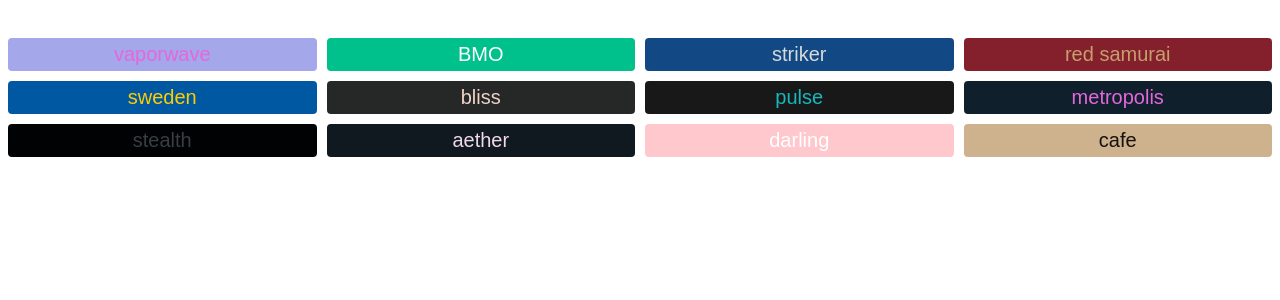
Repository: Lucid-art/Team-8-Project
Page: templates/theme.html
The author's editor kept a copy of each file at every save. The page is drawn from the files as they stood at one save, then again after the next save.
The browser window is 1280 px wide. The pictures show the whole page.

Above is the page before, as saved 2021-06-09 16:13:55.
Console error: TypeError: Cannot read properties of null (reading 'workTime')

### templates/theme.html
<!DOCTYPE html>
<html lang="en">
<head>
    <meta charset="UTF-8">
    <meta http-equiv="X-UA-Compatible" content="IE=edge">
    <meta name="viewport" content="width=device-width, initial-scale=1.0">
    <title>Document</title>
    <link rel= "stylesheet" href = "/static/style.css">
</head>
<body>
<div class="button">
    <div class="theme-buttons">
    <button class="vaporwave" onclick="vaporWave()">vaporwave</button>
    <button class="methol" onclick="methol()">BMO</button>
    <button class="striker" onclick="striker()">striker</button>
    <button class="red-samurai" onclick="redsamurai()">red samurai</button>
    <button class="sweden" onclick="myFunction()">sweden</button>
    <button class="bliss" onclick="myFunction()">bliss</button>
    <button class="pulse" onclick="myFunction()">pulse</button>
    <button class="metropolis" onclick="myFunction()">metropolis</button>
    <button class="stealth" onclick="myFunction()">stealth</button>
    <button class="aether" onclick="myFunction()">aether</button>
    <button class="darling" onclick="myFunction()">darling</button>
    <button class="cafe" onclick="myFunction()">cafe</button>

    </div>
</div>

<script src="/static/script.js"></script>
</body>
</html>

### static/style.css
body {
    --text-color: #000000;
    --bkg-color: #ffffff;
}

#main{
    display: inline;
    text-align: center;
}

hr {
    color: blue;
}

#wrap{
    text-align: center;
}


.body {
    margin: 0px;
    padding: 0px;
  }

.body
  .main-container {
    display: grid;
    place-content: center;
    margin: auto;
    width: 100%;
    max-width: 70%;
    height: 300px;
    background: var(--bkg-color);
    margin-top: 10px;
    border-radius: 5px;
    box-shadow: rgba(50, 50, 93, 0.25) 0px 6px 12px -2px, rgba(0, 0, 0, 0.3) 0px 3px 7px -3px;
  }
  .my-btns a{
      border: 1px solid whitesmoke;
      border-radius: 5px;
      text-decoration: none;
      color: whitesmoke;
      display: grid;
      place-content: center;
      width: 150px;
      background-color: transparent
  }
  .my-btns a:hover{
      background-color:whitesmoke;
      color: rgb(128, 128, 128);
  }

  .progBar{
      height: 20px;
      width: 95%;
  }

  input{
      border:none;
      box-shadow: rgba(60, 64, 67, 0.3) 0px 1px 2px 0px, rgba(60, 64, 67, 0.15) 0px 1px 3px 1px;
      border-radius: 3px;
      font-size: 0.9rem;
      outline: none;

  }

  .workDur{
      width: 140px;
  }
  .breakDur{
      width: 140px;
  }
  .taskDesc{
      width: 590px;
  }

  .item{
      height: 90px;
      width: 100%;
      max-width: 70%;
      box-shadow: rgba(60, 64, 67, 0.3) 0px 1px 2px 0px, rgba(60, 64, 67, 0.15) 0px 1px 3px 1px;
      border-radius: 5px;
      margin: auto;
      border-left: 6px solid #D9534F;

  }

/* New code*/

.button {
    border: none;
}

body {
    background: #ffffff;
    padding-bottom: 30px;
    padding-top: 30px;
}



.vaporwave {
    background-color: #a4a7ea; /*lavander */
    color:#e368da;    border-radius: 0.25rem;
    font-size: 20px;
    padding: 5px 60px;
    border: none;
    transition:  .3s ease;
    outline: none;
}

.vaporwave:hover{
    transform: scale(1.2);
    -webkit-transform: scale(1.2);
    -ms-transform: scale(1.2);
}

.vaporwave-mode {
    background-color: #a4a7ea; /*lavander */
    color:#e368da;
}

.methol {
    background-color: #00c18c;
    color:#ffffff;    border-radius: 0.25rem;
    font-size: 20px;
    padding: 5px 60px;
    border: none;
    transition:  .3s ease
}

.methol:hover{
    transform: scale(1.2);
    -webkit-transform: scale(1.2);
    -ms-transform: scale(1.2);
}

.striker {
    background-color: #124883; /*lavander */
    color:#d6dbd9;    border-radius: 0.25rem;
    font-size: 20px;
    padding: 5px 60px;
    border: none;
    transition:  .3s ease
}

.striker:hover{
    transform: scale(1.2);
    -webkit-transform: scale(1.2);
    -ms-transform: scale(1.2);
}

.red-samurai {
    background-color: #84202c; /*lavander */
    color: #c79e6e;    border-radius: 0.25rem;
    font-size: 20px;
    padding: 5px 60px;
    border: none;
    transition:  .3s ease
}

.red-samurai:hover{
    transform: scale(1.2);
    -webkit-transform: scale(1.2);
    -ms-transform: scale(1.2);
}

.sweden {
    background-color: #0058a3;; /*lavander */
    color: #ffcc02;   border-radius: 0.25rem;
    font-size: 20px;
    padding: 5px 60px;
    border: none;
    transition:  .3s ease
}

.sweden:hover{
    transform: scale(1.2);
    -webkit-transform: scale(1.2);
    -ms-transform: scale(1.2);
}

.bliss {
    background-color: #262727; /*lavander */
    color: #f0d3c9;    border-radius: 0.25rem;
    font-size: 20px;
    padding: 5px 60px;
    border: none;
    transition:  .3s ease
}

.bliss:hover{
    transform: scale(1.2);
    -webkit-transform: scale(1.2);
    -ms-transform: scale(1.2);
}

.pulse {
    background-color: #181818;
    color: #17b8bd;    border-radius: 0.25rem;
    font-size: 20px;
    padding: 5px 60px;
    border: none;
    transition:  .3s ease
}

.pulse:hover{
    transform: scale(1.2);
    -webkit-transform: scale(1.2);
    -ms-transform: scale(1.2);
}

.metropolis {
    background-color: #0f1f2c;
    color: #e368da;    border-radius: 0.25rem;
    font-size: 20px;
    padding: 5px 60px;
    border: none;
    transition:  .3s ease
}

.metropolis:hover{
    transform: scale(1.2);
    -webkit-transform: scale(1.2);
    -ms-transform: scale(1.2);
}

.stealth {
    background-color: #010203; /*lavander */
    color:#383e42;    border-radius: 0.25rem;
    font-size: 20px;
    padding: 5px 60px;
    border: none;
    transition:  .3s ease
}

.stealth:hover{
    transform: scale(1.2);
    -webkit-transform: scale(1.2);
    -ms-transform: scale(1.2);
}

.aether {
    background-color: #101820; /*lavander */
    color:#eedaea;    border-radius: 0.25rem;
    font-size: 20px;
    padding: 5px 60px;
    border: none;
    transition:  .3s ease
}

.aether:hover{
    transform: scale(1.2);
    -webkit-transform: scale(1.2);
    -ms-transform: scale(1.2);
}

.darling {
    background-color: #fec8cd; /*lavander */
    color: #ffffff;    border-radius: 0.25rem;
    font-size: 20px;
    padding: 5px 60px;
    border: none;
    transition:  .3s ease
}

.darling:hover{
    transform: scale(1.2);
    -webkit-transform: scale(1.2);
    -ms-transform: scale(1.2);
}

.cafe {
    background-color: #ceb18d; /*lavander */
    color:#14120f;    border-radius: 0.25rem;
    font-size: 20px;
    padding: 5px 60px;
    border: none;
    transition:  .3s ease
}

.cafe:hover{
    transform: scale(1.2);
    -webkit-transform: scale(1.2);
    -ms-transform: scale(1.2);
}


*{
    box-sizing:border-box;
}

.theme-buttons {
    /*all the grid stuff*/
    display: grid;
    grid-template-columns: 1fr 1fr 1fr 1fr;
    grid-gap: 10px;
    /*transmation */
    transition:  .3s ease
}

### static/script.js
const descForm = document.querySelector('.desc-form')
const myBtns = document.querySelector('.my-btns');
const errorMessage = document.querySelector('.error')
const remTime = document.querySelector('.remTime');
const notice = document.querySelector('.noticeBoard')

const completed = document.querySelector('.completed-list')

let workDuration = descForm.workTime.value;
let breakDuration = descForm.breakTime.value;
let shortDesc = descForm.shortDesc.value;
let timeRatio_of_progress = ((workDuration * 60)/100) * 1000;

descForm.workTime.addEventListener('keyup',e=>{
    errorMessage.classList.add('d-none')
    workDuration = e.target.value;
    workMinutes = workDuration - 1;
    timeRatio_of_progress = ((workDuration * 60)/100) * 1000;

})
descForm.breakTime.addEventListener('keyup',e=>{
    errorMessage.classList.add('d-none')
    breakDuration = e.target.value;
    breakMinutes = breakDuration - 1;

})
descForm.shortDesc.addEventListener('keyup',e=>{
    errorMessage.classList.add('d-none')
    shortDesc = e.target.value;
})



//Variables
let workMinutes  = workDuration -1;
let breakMinutes = breakDuration -1;
let timer1 = undefined
let timer2 = undefined
let breakcount = 0;
let seconds = 60;
let currentTime = undefined;
let EndTime = undefined;
let width = 0;




myBtns.addEventListener('click',(e)=>{
    if(e.target.classList.contains('start')){
        if(workDuration !== '0' && workDuration !==''){
            if(breakDuration !== '0' && breakDuration !== ''){
                if(shortDesc !== ''){
                    myIntervals();
                    disabling();
                    console.log(1)
                    myBtns.children[1].classList.remove('d-none')
                    myBtns.children[2].classList.add('d-none')
                    const checkCurrtime = new Date();
                    currentTime = checkCurrtime.toLocaleTimeString();
                }
                else{
                errorMessage.classList.remove('d-none')
                }
            }
            else{
            errorMessage.classList.remove('d-none')
            }
        }
        else{
            errorMessage.classList.remove('d-none')
        }

        }
    else if(e.target.classList.contains('pause')){
        clearInterval(timer1);
        clearInterval(timer2)
        myBtns.children[1].classList.add('d-none')
        myBtns.children[0].classList.remove('d-none')
    }
    else if(e.target.classList.contains('resume')){
        myIntervals();
        myBtns.children[0].classList.add('d-none')
        myBtns.children[1].classList.remove('d-none')
    }
    else if(e.target.classList.contains('stop')){
        myBtns.children[0].classList.add('d-none')
        myBtns.children[1].classList.add('d-none')
        myBtns.children[2].classList.remove('d-none')

        const checkEndtime = new Date();
        EndTime = checkEndtime.toLocaleTimeString();

        let html = `
        <div class="item my-4">
            <h5 class="px-4 mb-2 pt-3" style="color: green;">${shortDesc}</h5>
            <p class="px-4 fw-normal">${sessionTime()}</p>
        </div>     `
        completed.innerHTML += html
        clearAll();
    }

})




//fucntion, which is for showing the remaining time to user
let timeReamaining = () =>{
    seconds = seconds - 1;
    if(seconds === 0){
        workMinutes = workMinutes - 1;
        if(workMinutes === -1){
            if(breakcount % 2 === 0){
                workMinutes = breakMinutes;
                breakcount = breakcount + 1;
                notice.innerText = `(Break Time)`

            }else{
                width = 1;
                workMinutes = workDuration - 1;
                breakcount = breakcount + 1;
                notice.innerText = ' ';

        }
    }
        seconds = 59;
    }
//Here we are rendring the change in time on the timer screen
let html = `${workMinutes<10? `0${workMinutes}`:workMinutes}:${seconds<10? `0${seconds}`:seconds}`
remTime.innerText = html;
}


const progressBar1 = document.querySelector('.p1')
const progressBar2 = document.querySelector('.p2')
let increaseProgress = () =>{
    if(width === 100){
        progressBar1.style.width = 1 + '%'
        progressBar2.style.width = 1 + '%'
    }else{
        width ++;
        progressBar1.style.width = width + '%';
        progressBar2.style.width = width + '%';

    }

}

//fucntion to start time intervals
let myIntervals = () =>{
    timer1 = setInterval(timeReamaining,1000);
    timer2 = setInterval(increaseProgress,timeRatio_of_progress)
}

let disabling = () =>{
   descForm.workTime.disabled = true
   descForm.breakTime.disabled = true
   descForm.shortDesc.disabled = true
}
let enabling = () =>{
    descForm.workTime.disabled = false;
    descForm.breakTime.disabled = false;
    descForm.shortDesc.disabled = false;
    descForm.reset();
}

//function to reset all values
let clearAll = () =>{
    enabling();
    clearInterval(timer1)
    clearInterval(timer2)
    workMinutes = workDuration - 1;
    seconds = 60;
    breakMinutes = breakDuration - 1;
    shortDesc = ''
    progressBar1.style.width = 1 + '%'
    progressBar2.style.width = 1 + '%'
    remTime.textContent = `00:00`
    notice.textContent = '';
    width = 1

}

//fuction to show the starting and ending time
let sessionTime = () =>{
    return `Session was started at ${currentTime} and ended at ${EndTime}`
}

//theme page code

const stealth = document.querySelector("#stealth");
const striker = document.querySelector("#striker");
const redsamurai =  document.querySelector("#red-samurai");
const bmo =  document.querySelector("#bmo");


//where the code is saved to localstorage

const currentTheme = localStorage.getItem("theme");
if (currentTheme == "stealth") {
  document.body.classList.add("stealth-theme");
}else if (currentTheme == "striker") {
  document.body.classList.add("striker-theme");
}else if (currentTheme == "redsamurai") {
  document.body.classList.add("red-samurai-theme");
}else if (currentTheme == "bmo") {
  document.body.classList.add("bmo-theme");
}

stealth.addEventListener("click", function () {
  document.body.classList.toggle("stealth-theme"); //where the css id should go

  let theme = "light";
  if (document.body.classList.contains("stealth-theme")) {
    theme = "stealth";
  }
  localStorage.setItem("theme", theme);
});

//striker

striker.addEventListener("click", function () {
  document.body.classList.toggle("striker-theme");

  let theme = "light";
  if (document.body.classList.contains("striker-theme")) {
    theme = "striker";
  }
  localStorage.setItem("theme", theme);// this is pretty esentail <-- dislexia
});


//redsamurai

redsamurai.addEventListener("click", function () {
  document.body.classList.toggle("red-samurai-theme");

  let theme = "light";
  if (document.body.classList.contains("red-samurai-theme")) {
    theme = "redsamurai";
  }
  localStorage.setItem("theme", theme);
});

//BMO theme
bmo.addEventListener("click", function () {
  document.body.classList.toggle("bmo-theme");

  let theme = "light";
  if (document.body.classList.contains("bmo-theme")) {
    theme = "bmo";
  }
  localStorage.setItem("theme", theme);
});

After the next save:
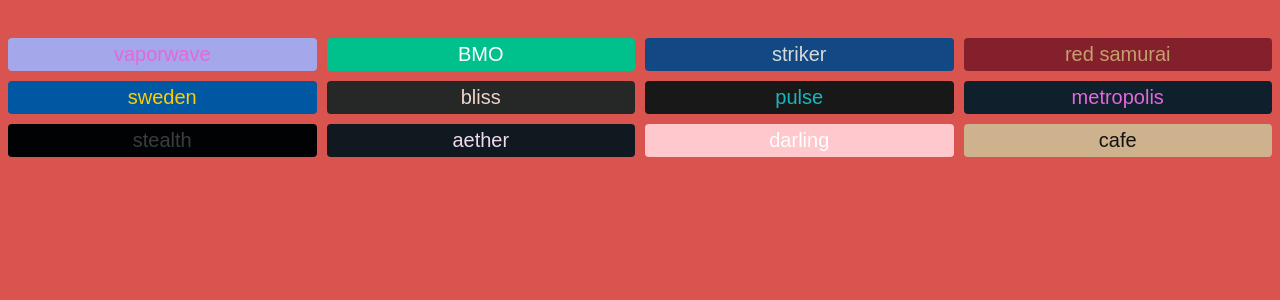
Saved 7 s later.
--- a/static/style.css
+++ b/static/style.css
@@ -92,7 +92,7 @@
 }
 
 body {
-    background: #ffffff;
+    background: #D9534F;
     padding-bottom: 30px;
     padding-top: 30px;
 }

After the 4 saves that followed:
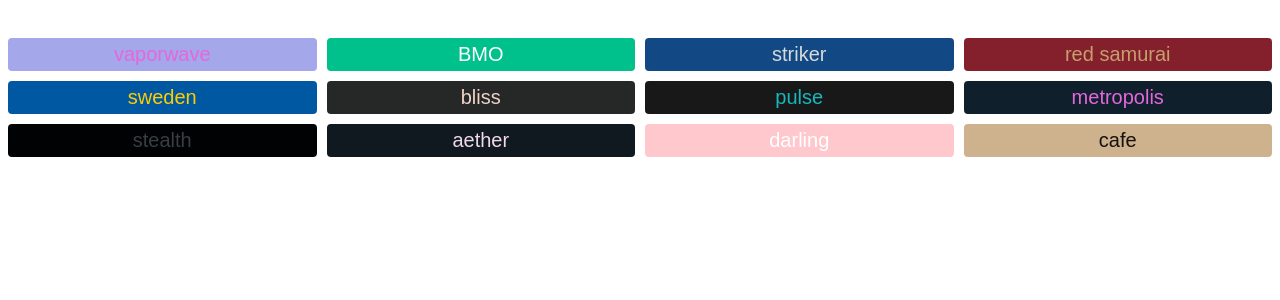
The 4 saves are shown as one change because they came seconds apart.
The last was saved 64 s later.
--- a/static/style.css
+++ b/static/style.css
@@ -92,7 +92,7 @@
 }
 
 body {
-    background: #D9534F;
+    background: var(--bkg-color);
     padding-bottom: 30px;
     padding-top: 30px;
 }
